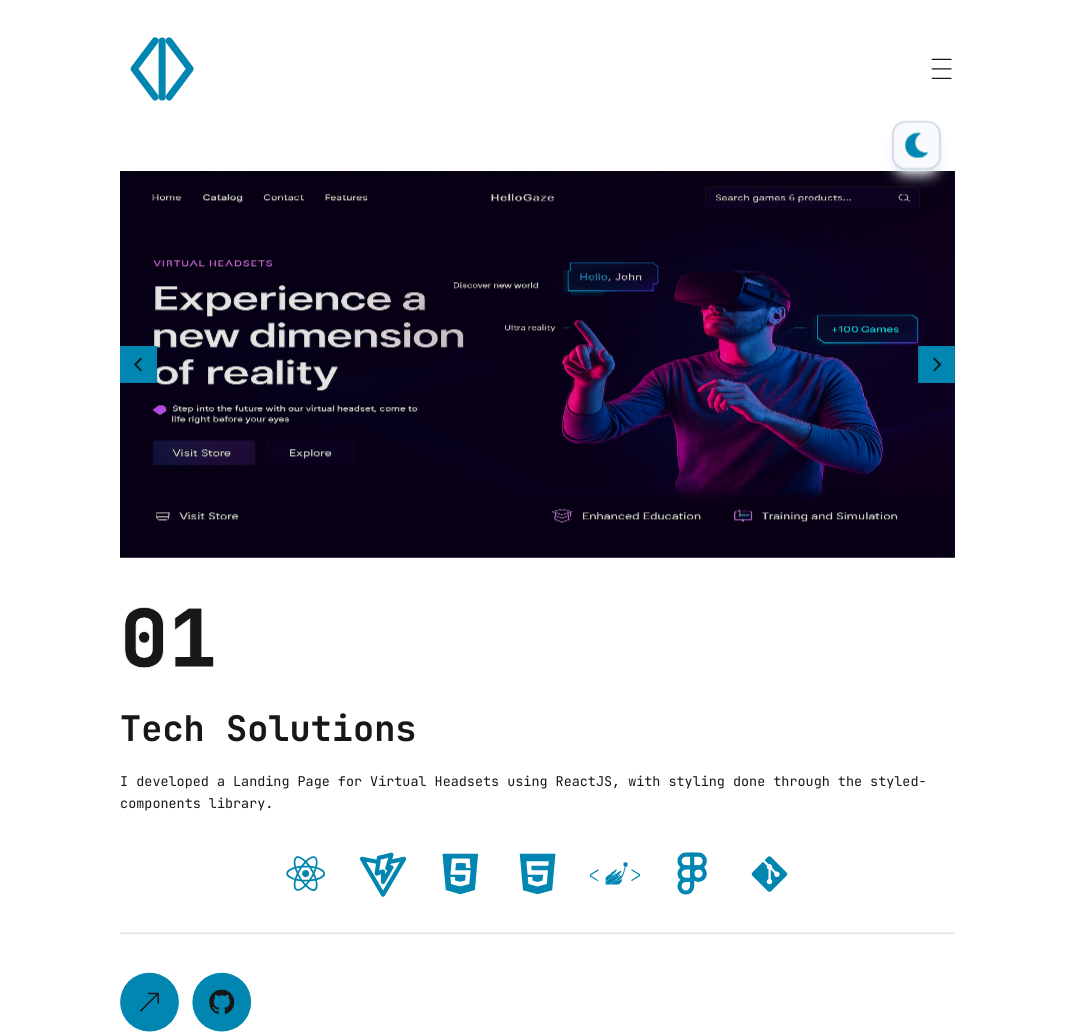
Repository: sergioscker/sergio-portfolio
Page: /work
These files come from the project's save history. The page is drawn as it stood at one moment and after a run of saves; the edit follows.
The browser window is 1280 px wide. The pictures show the whole page, at 84% of full size.
The project was rebuilt for these pictures with package versions that can differ from the ones it lists, and the page was loaded fresh each time. The framework's server and built-in components were replaced by stand-ins that run in the browser. Also part of the build but not shown: next.config.mjs.

Above is the page before, as saved 2025-05-19 19:37:47.

After the next 2 saves:
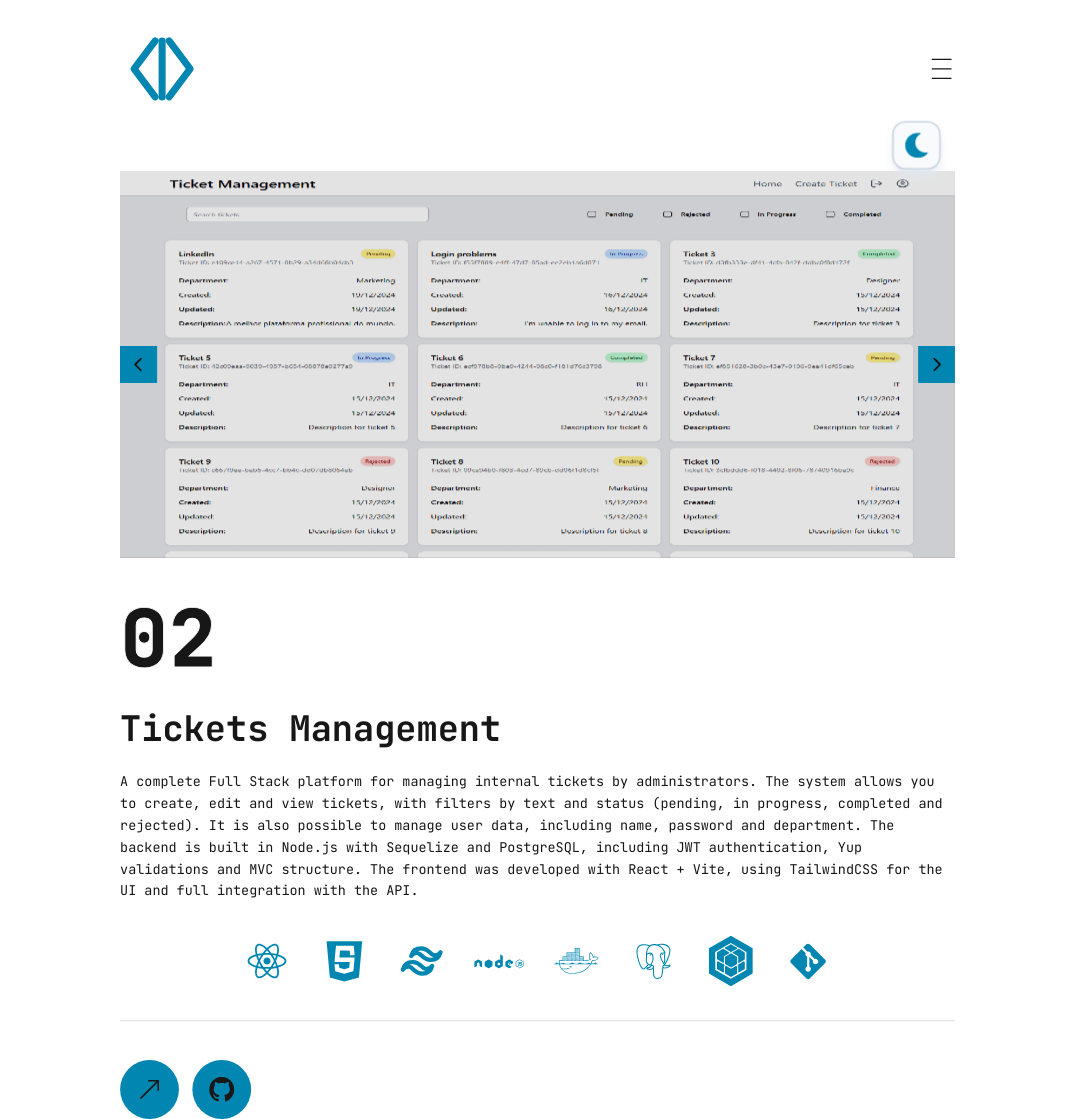
The 2 saves are shown as one change because they came seconds apart.
The last was saved 7 s later.
--- a/app/work/page.jsx
+++ b/app/work/page.jsx
@@ -55,29 +55,7 @@ import {
 import WorkSliderBtns from '@/components/WorkSliderBtns';
 
 const projects = [
-  {
-    id: '01',
-    title: 'Tech Solutions',
-
-    description: `I developed a Landing Page for Virtual Headsets using ReactJS,
-    with styling done through the styled-components library.`,
-
-    image: '/assets/work/tech solutions.png',
-
-    live: 'https://tech-solutions-kappa.vercel.app',
-
-    github: 'https://github.com/sergioliveira-developer/tech-solutions',
-
-    stack: [
-      { icon: <DiReact size={60} />, name: 'reactJS' },
-      { icon: <TbBrandVite size={60} />, name: 'vite' },
-      { icon: <DiJavascript size={60} />, name: 'javascript' },
-      { icon: <DiHtml5 size={60} />, name: 'html5' },
-      { icon: <SiStyledcomponents size={60} />, name: 'styled-components' },
-      { icon: <TbBrandFigma size={60} />, name: 'figmadesigner' },
-      { icon: <DiGit size={60} />, name: 'git' },
-    ],
-  },
+
   {
     id: '02',
     title: 'Tickets Management',
@@ -99,6 +77,29 @@ const projects = [
       { icon: <DiDocker size={60} />, name: 'docker' },
       { icon: <DiPostgresql size={60} />, name: 'postgres' },
       { icon: <SiSequelize size={60} />, name: 'ORM sequelize' },
+      { icon: <DiGit size={60} />, name: 'git' },
+    ],
+  },
+  {
+    id: '01',
+    title: 'Tech Solutions',
+
+    description: `I developed a Landing Page for Virtual Headsets using ReactJS,
+    with styling done through the styled-components library.`,
+
+    image: '/assets/work/tech solutions.png',
+
+    live: 'https://tech-solutions-kappa.vercel.app',
+
+    github: 'https://github.com/sergioliveira-developer/tech-solutions',
+
+    stack: [
+      { icon: <DiReact size={60} />, name: 'reactJS' },
+      { icon: <TbBrandVite size={60} />, name: 'vite' },
+      { icon: <DiJavascript size={60} />, name: 'javascript' },
+      { icon: <DiHtml5 size={60} />, name: 'html5' },
+      { icon: <SiStyledcomponents size={60} />, name: 'styled-components' },
+      { icon: <TbBrandFigma size={60} />, name: 'figmadesigner' },
       { icon: <DiGit size={60} />, name: 'git' },
     ],
   },
